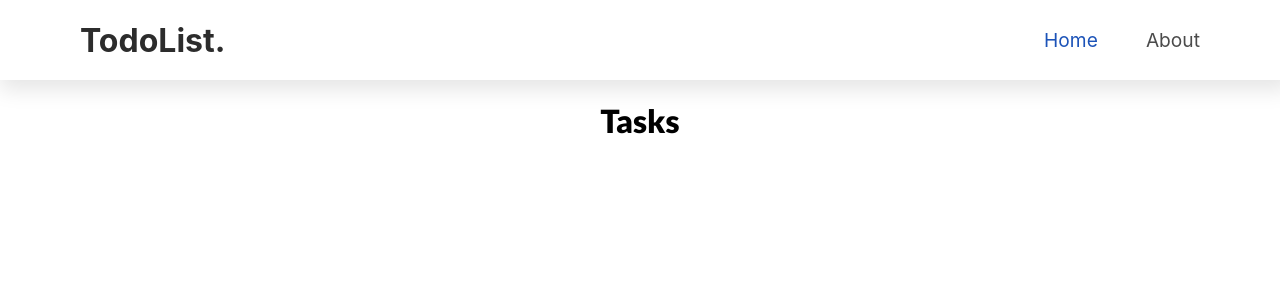
Repository: dqhuy153/react-todoList
Page: /
The author's editor kept a copy of each file at every save. The page is drawn from the files as they stood at one save, then again after a run of saves.
The browser window is 1280 px wide. The pictures show the whole page.
The project was rebuilt for these pictures with package versions that can differ from the ones it lists, and the page was loaded fresh each time. Also part of the build but not shown: src/components/UI/LoadingSpinner.module.scss.

Above is the page before, as saved 2021-09-16 19:31:21.

After the next 2 saves:
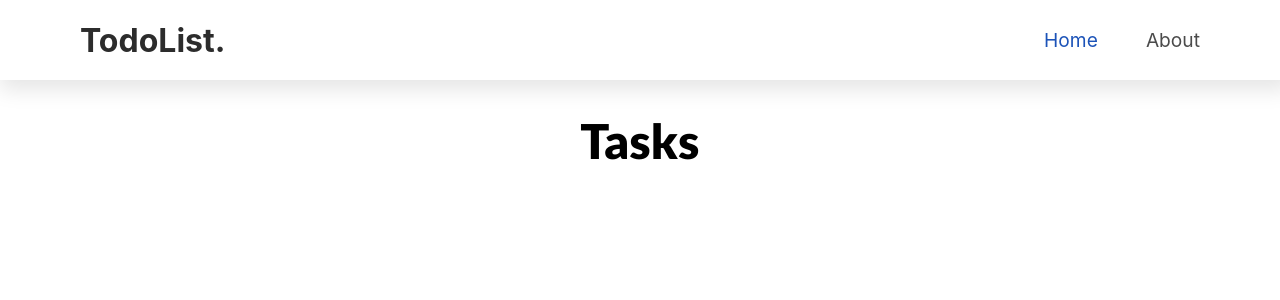
The 2 saves are shown as one change because they came seconds apart.
The last was saved 27 s later.
--- a/src/components/pages/Home.module.scss
+++ b/src/components/pages/Home.module.scss
@@ -3,5 +3,6 @@
     text-align: center;
     font-family: 'Lato', sans-serif;
     font-weight: 800;
+    font-size: 3rem;
   }
 }
